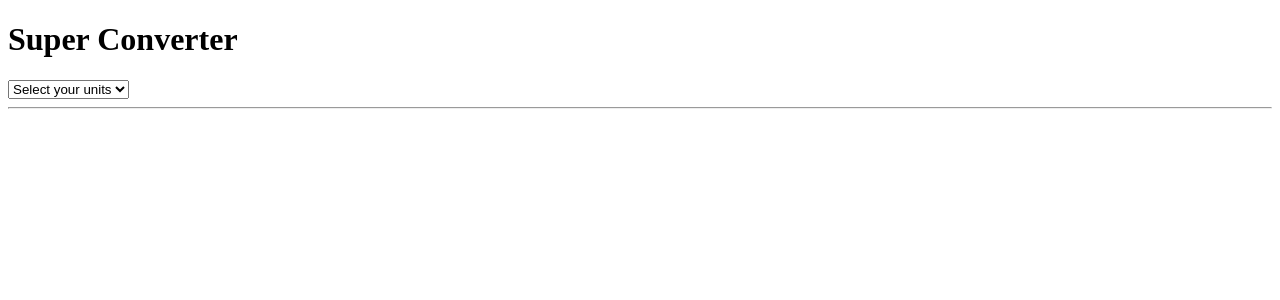
Repository: Leeminsu67/react-principle-study
Page: converter.html
The author's editor kept a copy of each file at every save. The page is drawn from the files as they stood at one save, then again after the next save.
The browser window is 1280 px wide. The pictures show the whole page.

Above is the page before, as saved 2024-08-01 17:31:32.

### converter.html
<!DOCTYPE html>
<html lang="ko">
  <body>
    <div id="root"></div>
  </body>
  <script src="https://unpkg.com/react@17.0.2/umd/react.production.min.js"></script>
  <script src="https://unpkg.com/react-dom@17.0.2/umd/react-dom.production.min.js"></script>
  <script src="https://unpkg.com/@babel/standalone/babel.min.js"></script>
  <script type="text/babel">
    const MinutesToHours = () => {
      const [amount, setAmount] = React.useState(0);
      const [inverted, setInverted] = React.useState(false);
      const onChange = (event) => {
        // console.log(event.target.value);
        setAmount(event.target.value);
      };
      const reset = () => setAmount(0);
      // filp function
      // const onFlip = () => setInverted(!inverted);
      const onInvert = () => {
        reset();
        setInverted((current) => !current);
      };
      return (
        <div>
          <div>
            <label htmlFor="minutes">Minutes</label>
            <input
              value={inverted ? amount * 60 : amount}
              id="minutes"
              type="number"
              placeholder="Minutes"
              onChange={onChange}
              disabled={inverted}
            />
          </div>
          <div>
            <label htmlFor="hours">Hours</label>
            <input
              value={inverted ? amount : Math.round(amount / 60)}
              id="hours"
              type="number"
              placeholder="Hours"
              // minutes와 반대가 되기 위해서 조건문을 부여
              disabled={!inverted}
              onChange={onChange}
            />
          </div>
          <button onClick={reset}>Reset</button>
          <button onClick={onInvert}>
            {inverted ? "Turn back" : "Invert"}
          </button>
        </div>
      );
    };
    const KmToMiles = () => {
      return <h3>KM 2 M</h3>;
    };
    const App = () => {
      const [index, setIndex] = React.useState("xx");
      const onSelect = (e) => {
        setIndex(e.target.value);
      };
      return (
        <div>
          <h1>Super Converter</h1>
          <select onChange={onSelect}>
            <option value="xx">Select your units</option>
            <option value="0">Minutes & Hours</option>
            <option value="1">Km & Miles</option>
          </select>
          <hr />
          {index === "0" ? <MinutesToHours /> : null}
          {index === "1" ? <KmToMiles /> : null}
        </div>
      );
    };

    const root = document.getElementById("root");
    ReactDOM.render(<App />, root);
  </script>
</html>

After the next save:
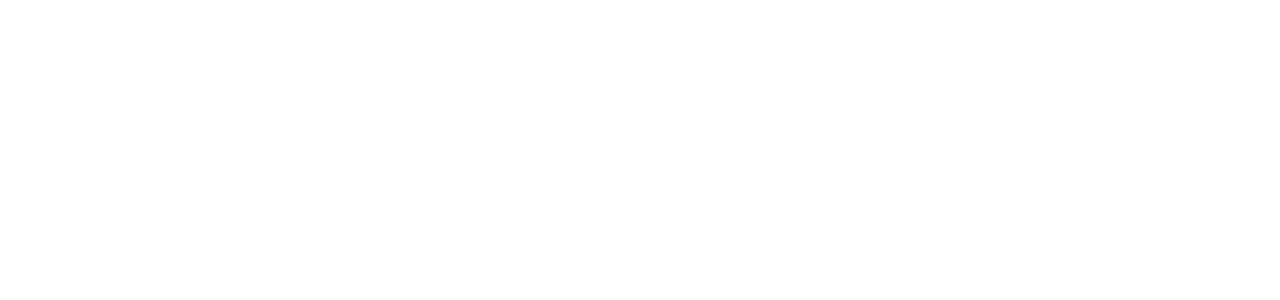
Console error (its wording comes from the project's code and is left out).
Saved 43 s later.
--- a/converter.html
+++ b/converter.html
@@ -70,6 +70,7 @@
             <option value="1">Km & Miles</option>
           </select>
           <hr />
+          {index === "xx" ? "Please select your units"}
           {index === "0" ? <MinutesToHours /> : null}
           {index === "1" ? <KmToMiles /> : null}
         </div>

After the save that followed:
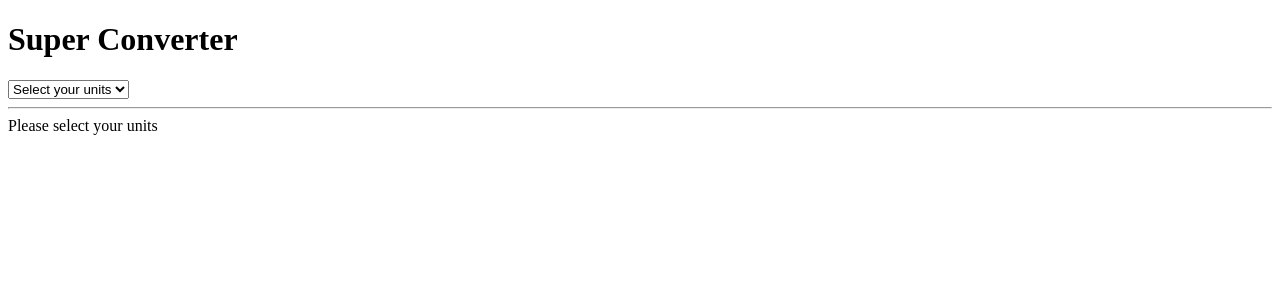
The error is gone.
Saved 15 s later.
--- a/converter.html
+++ b/converter.html
@@ -70,7 +70,7 @@
             <option value="1">Km & Miles</option>
           </select>
           <hr />
-          {index === "xx" ? "Please select your units"}
+          {index === "xx" ? "Please select your units" : null}
           {index === "0" ? <MinutesToHours /> : null}
           {index === "1" ? <KmToMiles /> : null}
         </div>
